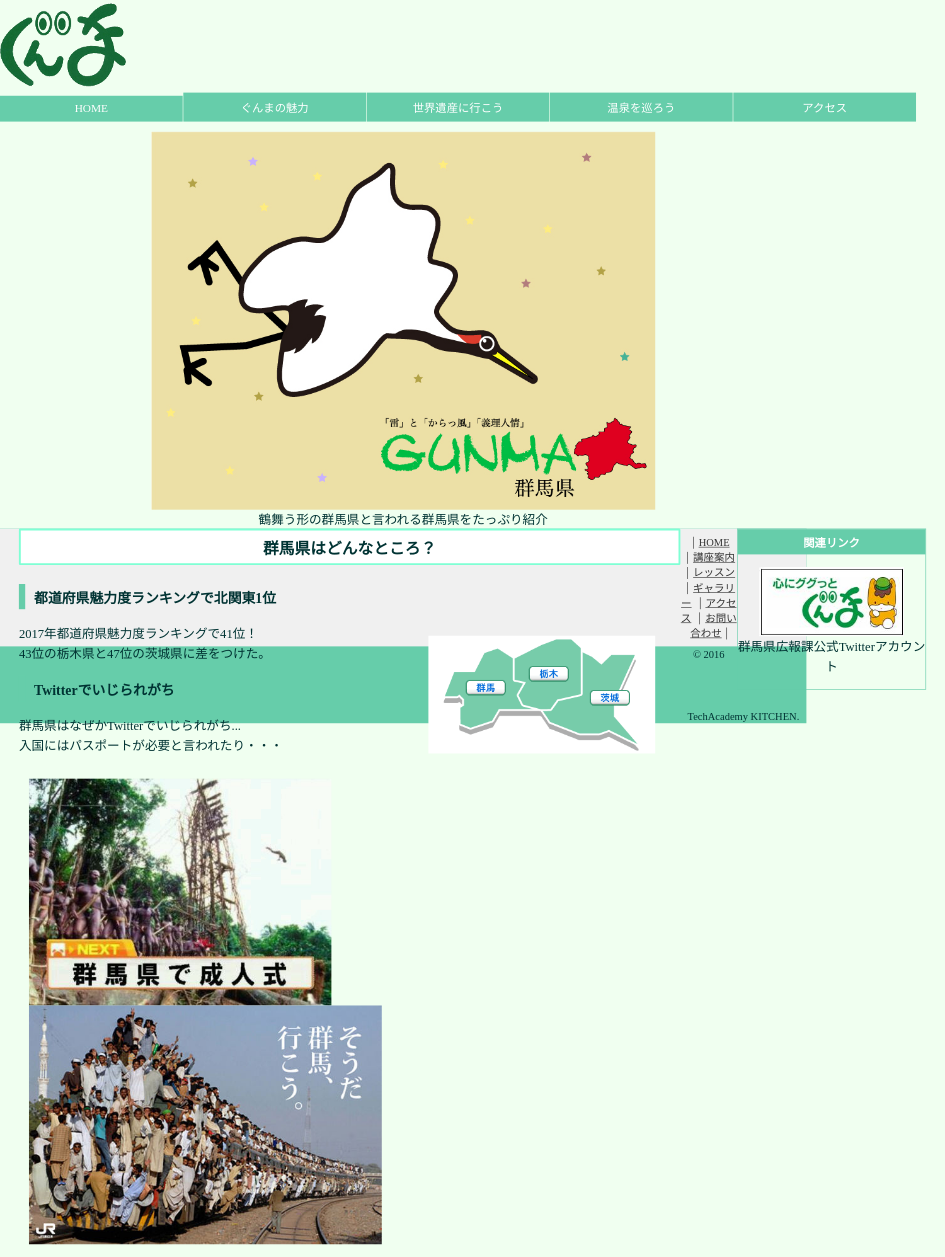
Repository: erinakatagiri/gomi
Page: gunma/Gunma.html
The author's editor kept a record of every edit. The page is drawn from the files as they stood at one moment, then again after the next edit.
The browser window is 1280 px wide. The page is 1500 px wide, so the pictures cover 1500 px, including what lies to the right of the window. The pictures show the whole page, at 63% of full size.

Above is the page before.

### gunma/Gunma.html
<!DOCTYPE html>
<html lang="ja"
    <head>
        <meta charset="UTF-8">
        <title>Gunma</title>
        <link rel="stylesheet" href="Gunma.css"
    </head>
    <body>
        <!--ここからヘッダー-->
        <header>
            <h1><a href="GUnma.html"><img src="images_gunma/logo.gif" alt="ぐんま"></a></h1>
            <nav id="global_navi">
                <ul>
                    <li class="current"><a href="Gunma.html">HOME</a></li>
                    <li><a href="miryoku.html">ぐんまの魅力</a></li>
                    <li><a href="sekaiisan.html">世界遺産に行こう</a></li>
                    <li><a href="onsen.html">温泉を巡ろう</a></li>
                    <li><a href="access.html">アクセス</a></li>
                </ul>
            </nav>
        </header>
            <div id="main_visual">
            <img src="images_gunma/tsuru.jpg" alt="鶴">
            <p>鶴舞う形の群馬県と言われる群馬県をたっぷり紹介</p>
        </div>
               <div id="wrapper">
            <div id="main">
                <section id="point">
                    <h2>群馬県はどんなところ？</h2>
                    <section>
                        <h3>都道府県魅力度ランキングで北関東1位</h3>
                        <figure>
                            <img src="images_gunma/kkanto.gif" alt="北関東">
                        </figure>
                        <p>
                            2017年都道府県魅力度ランキングで41位！<br>
                            43位の栃木県と47位の茨城県に差をつけた。<br>
                    </section>
                    <section>
                        <h3>Twitterでいじられがち</h3>
                        <figure>
                            <img src="images_gunma/seijinshiki.jpg" alt="群馬の成人式">
                            <img src="images_gunma/gunmahe.jpg" alt="群馬へ行こう">

                        </figure>
                        <p>
                            群馬県はなぜかTwitterでいじられがち...<br>
                            入国にはパスポートが必要と言われたり・・・
                        </p>
                    </section>
                </section>
            </div>
            <!--メインここまで-->
            <!--ここからサイド-->
            <aside id="sidebar">
                <section id="side_banner">
                    <h2>関連リンク</h2>
                    <ul>
                        <li>
                            <a href="https://twitter.com/gunmapref_koho"><img src="images_gunma/kokoro.jpg" alt="Twitter"></a>
                            <p>群馬県広報課公式Twitterアカウント</p>
                        </li>
                    </ul>
                </section>
            </aside>
            <!--サイドここまで-->
        </div>
        <!--wrapperここまで-->
        <!--ここからフッター-->
        <footer>
            <div id="footer_navi">
                <ul>
                    <li><a href="kitchen.html">HOME</a></li>
                    <li><a href="course.html">講座案内</a></li>
                    <li><a href="lesson.html">レッスン</a></li>
                    <li><a href="gallery.html">ギャラリー</a></li>
                    <li><a href="access.html">アクセス</a></li>
                    <li><a href="contact.html">お問い合わせ</a></li>
                </ul>
            </div>
            <small>&copy; 2016 TechAcademy KITCHEN.</small>
        </footer>
        <!--フッターここまで-->
    </body>
</html>

### gunma/Gunma.css
@charset "UTF-8";

body{
    margin: 0;
    padding: 0;
    color: #033;
    font-size: 20px;
    background-color: #f0fff0;
}
a {
    color: #333;
}
a: visited {
    color: #dc143c;
}
a:hover {
    color: #333;
    font-weight: 700;
    text-decoration: none;
}
h1,h2,h3,h4,h5,h6 {
    margin-top: 0;
}
p {
    margin-top: 0;
    line-height: 1.6;
}
img {
    vertical-align: bottom;
}
#main h2 {
    background: #fff;
    font-size: 25px;
    padding: 8px 22px;
    border-radius: 2px;
    border: 3px solid #7fffd4;
    margin-bottom: 30px
}
#main h3 {
    font-size: 16px;
    border-left: solid 10px #66cdaa;
    padding: 4px 9px 4px 14px;
}
header {
    width: 1500px;
    margin: 0 auto;
}
header h1 {
    margin: 5px 0 10px;
}
#global_navi {
    margin-bottom: 16px;
}
#global_navi ul {
    font-size: 0;
    list-style: none;
    margin: 0;
    padding: 0;
}
#global_navi ul li {
    font-size: 18px;
    display: inline-block;
    width: 290px;
    margin-right: 1px;
    text-align: center;
}
#global_navi ul li a {
    display: block;
    padding: 10px 16px;
    background-color: #66cdaa;
    color: #fff;
    text-decoration: none;
    transition: background-color .2s linear;
}

#main_visual{
    text-align: center;
    width: 1200px;
    height: 600px;
    margin: 0 auto 30px;
}
#intro{
    font-size: 22px;
    color: #2e8b57;
    text-align: center;
    margin-top: 20px;
}
#point h2{
    text-align: center;
}
#point h3{
    font-size: 22px;
}
#point figure{
    float: right;
    margin-left: 16px;
    margin-bottom: 20px;
}
.clearfix::after {
    content: '';
    display: block;
    clear: both;
}
#body{
    width: 1500px;
}
#wrapper{
    width: 1500px;
    margin: 0 auto;
}
#main{
    width: 70%;
    float: left;
    margin-left: 30px;
}
#sidebar{
    width: 20%;
    float: right;
    margin-right: 30px;
}
#side_banner ul {
    list-style: none;
    padding: 0;
}

#side_banner {
    margin-bottom: 30px;
    border: 1px solid #66cdaa;
    text-align: center;
}

#side_banner h2 {
    background-color: #66cdaa;
    color: #fff;
    padding: 7px;
    font-size: 18px;
    text-align: center;
}
footer #footer_navi ul {
    list-style: none;
    margin: 0;
    padding: 0;
    text-align: center;
}
footer {
    background-color: #66cdaa;
    text-align: center;
}
footer #footer_navi {
    background-color: #f0f0f0;
    padding: 10px 0;
}
footer #footer_navi li {
    display: inline;
    border-left: solid 1px #333;
    margin-left: 8px;
    padding-left: 8px;
    font-size: smaller;
}

footer #footer_navi li:last-child {
  border-right: solid 1px #333;
  padding: 0 8px;
}

After the next edit:
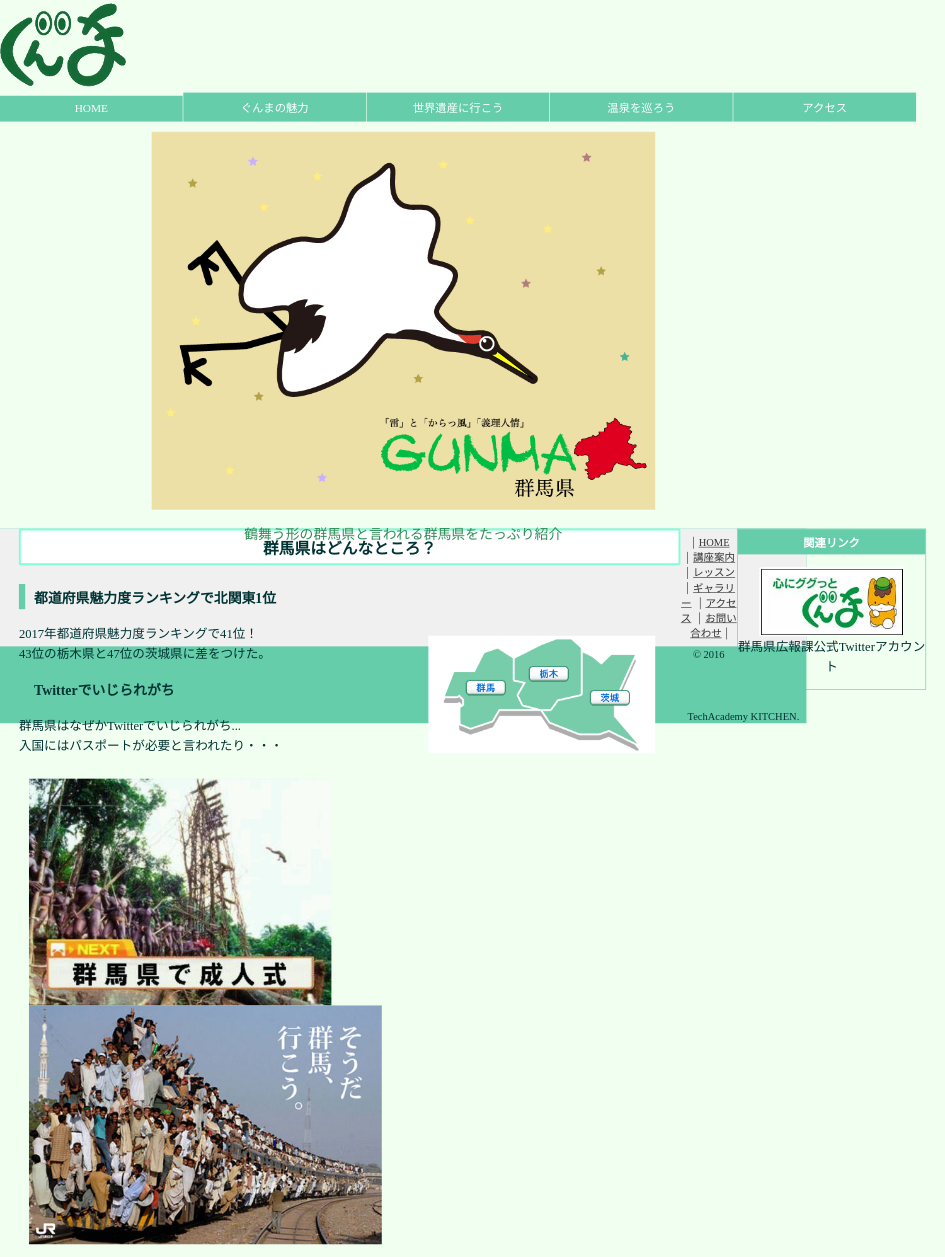
The edit:
--- a/gunma/Gunma.html
+++ b/gunma/Gunma.html
@@ -21,8 +21,10 @@
         </header>
             <div id="main_visual">
             <img src="images_gunma/tsuru.jpg" alt="鶴">
+            <div id="intro"
             <p>鶴舞う形の群馬県と言われる群馬県をたっぷり紹介</p>
-        </div>
+            </div>
+            </div>
                <div id="wrapper">
             <div id="main">
                 <section id="point">
